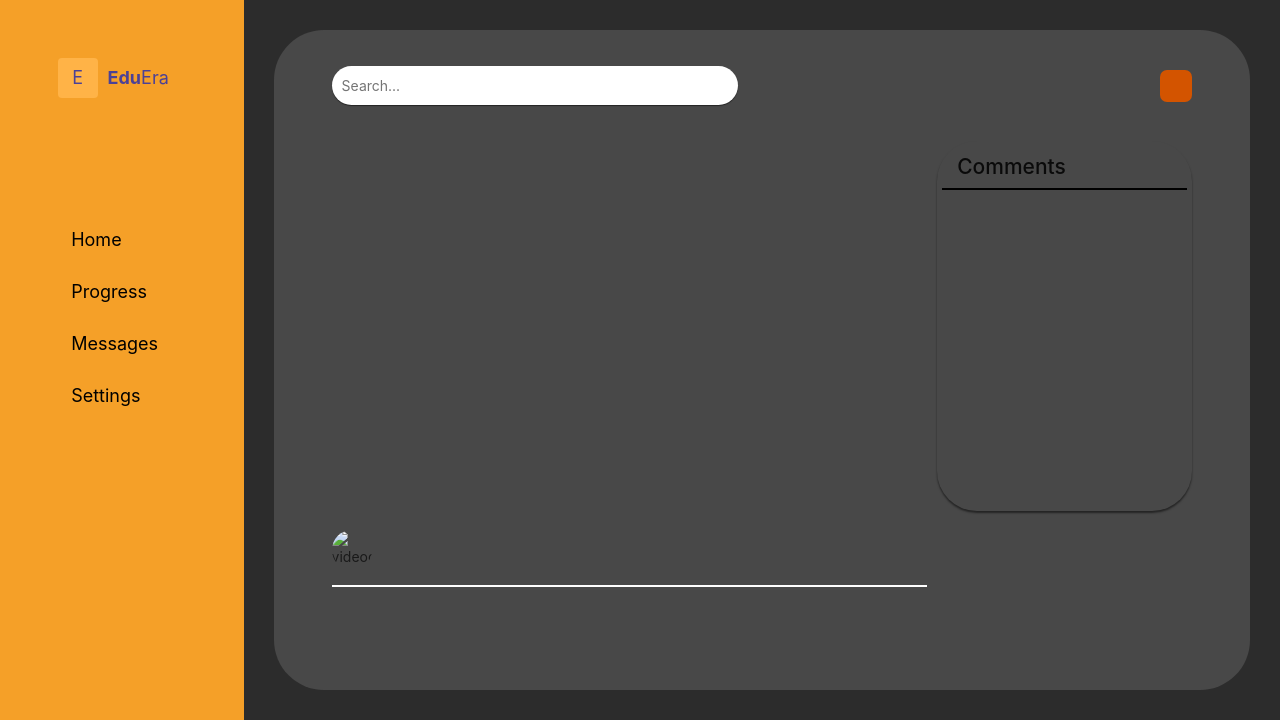
Repository: huynhnt1406/coursestorage
Page: /videodetail/1 (app in coursestorage/)
The author's editor kept a copy of each file at every save. The page is drawn from the files as they stood at one save, then again after a run of saves.
The browser window is 1280 px wide. The pictures show the whole page.
The page's requests for data from a server got no answer. The project was rebuilt for these pictures with package versions that can differ from the ones it lists, and the page was loaded fresh each time. No one was signed in, and anything a server would have sent is missing. Also part of the build but not shown: coursestorage/src/components/ListItems.vue, coursestorage/src/components/VideoList.vue, coursestorage/src/smallcomponents/Messages.vue, coursestorage/src/smallcomponents/Progress.vue, coursestorage/src/smallcomponents/Settings.vue.

Above is the page before, as saved 2021-05-02 01:22:53.

After the next 2 saves:
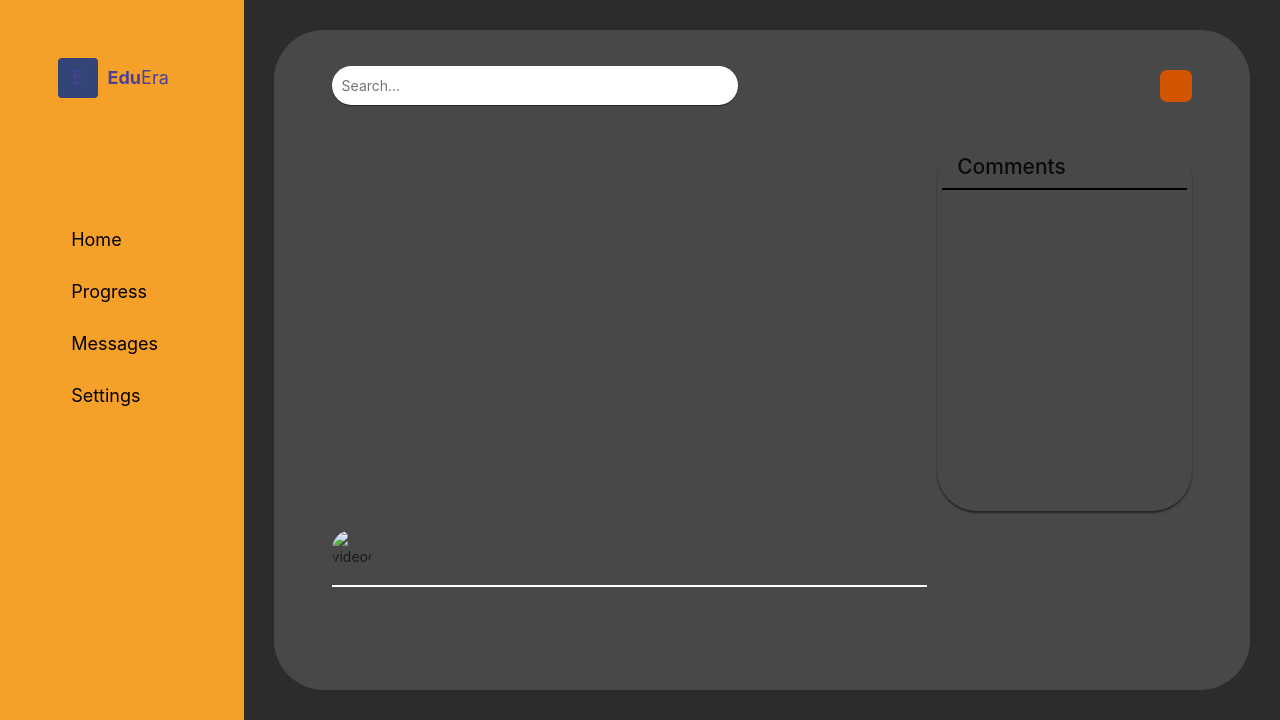
The 2 saves are shown as one change because they came seconds apart.
The last was saved 11 s later.
--- a/coursestorage/src/components/Sidebar.vue
+++ b/coursestorage/src/components/Sidebar.vue
@@ -1,7 +1,7 @@
 <template>
   <div class="sidebar">
       <div class="sidebar-header">
-          <a-avatar shape="square" size="large" style="backgroundColor:#ffb347 ; marginRight:10px">E</a-avatar>
+          <a-avatar shape="square" size="large" style="backgroundColor:#347 ; marginRight:10px">E</a-avatar>
           <span><strong>Edu</strong>Era</span>
       </div>
       <div class="sidebar-links">

After the save that followed:
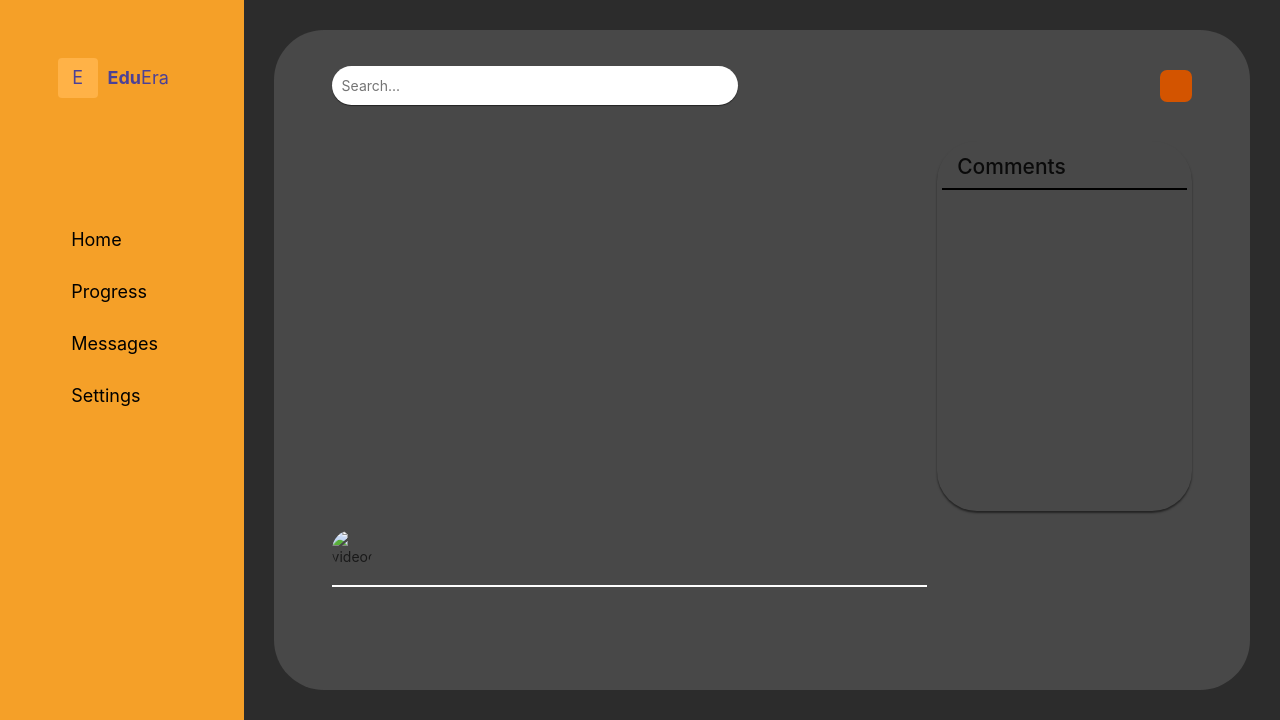
Saved 9 s later.
--- a/coursestorage/src/components/Sidebar.vue
+++ b/coursestorage/src/components/Sidebar.vue
@@ -1,7 +1,7 @@
 <template>
   <div class="sidebar">
       <div class="sidebar-header">
-          <a-avatar shape="square" size="large" style="backgroundColor:#347 ; marginRight:10px">E</a-avatar>
+          <a-avatar shape="square" size="large" style="backgroundColor:#FFB247 ; marginRight:10px">E</a-avatar>
           <span><strong>Edu</strong>Era</span>
       </div>
       <div class="sidebar-links">
